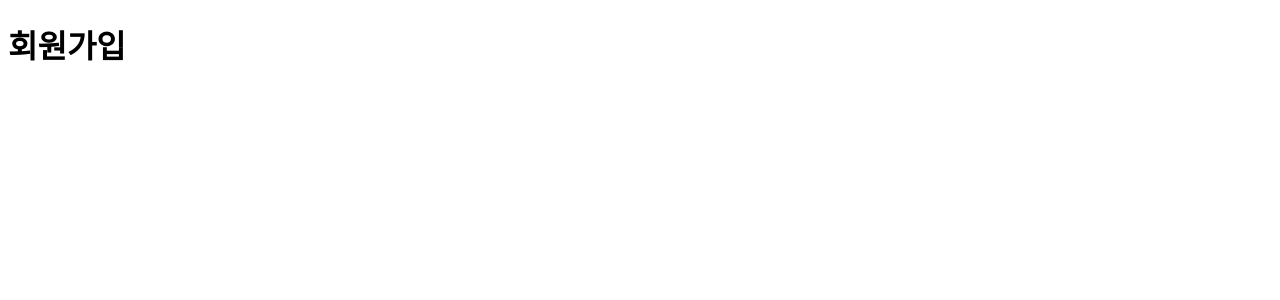
Repository: ssookkdduugg/jsp
Page: http://localhost/Hello/memReg.jsp
The author's editor kept a copy of each file at every save. The page is drawn from the files as they stood at one save, then again after the next save.
The browser window is 1280 px wide. The pictures show the whole page.
The page is served by Tomcat 9.

Above is the page before, as saved 2023-09-19 05:13:20.

After the next save:
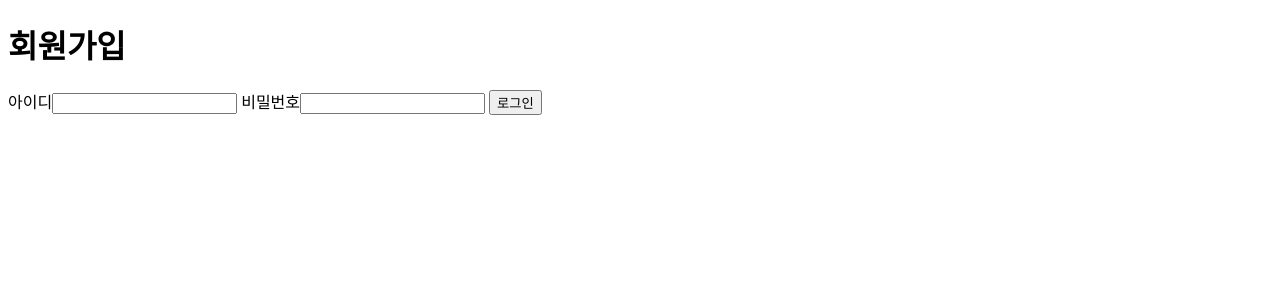
Saved 46 s later.
--- a/Hello/src/main/webapp/memReg.jsp
+++ b/Hello/src/main/webapp/memReg.jsp
@@ -8,6 +8,11 @@
 </head>
 <body>
 	<h1>회원가입</h1>
-
+	<form action="./login" method="post">
+	<tr><th>아이디</th><td><input type="text" name="id"></td></tr>
+	<tr><th>비밀번호</th><td><input type="password" name="password"></td></tr>
+	<tr><td></td><td><input type="submit" value="로그인"></td></tr>
+</table>
+</form>
 </body>
 </html>
